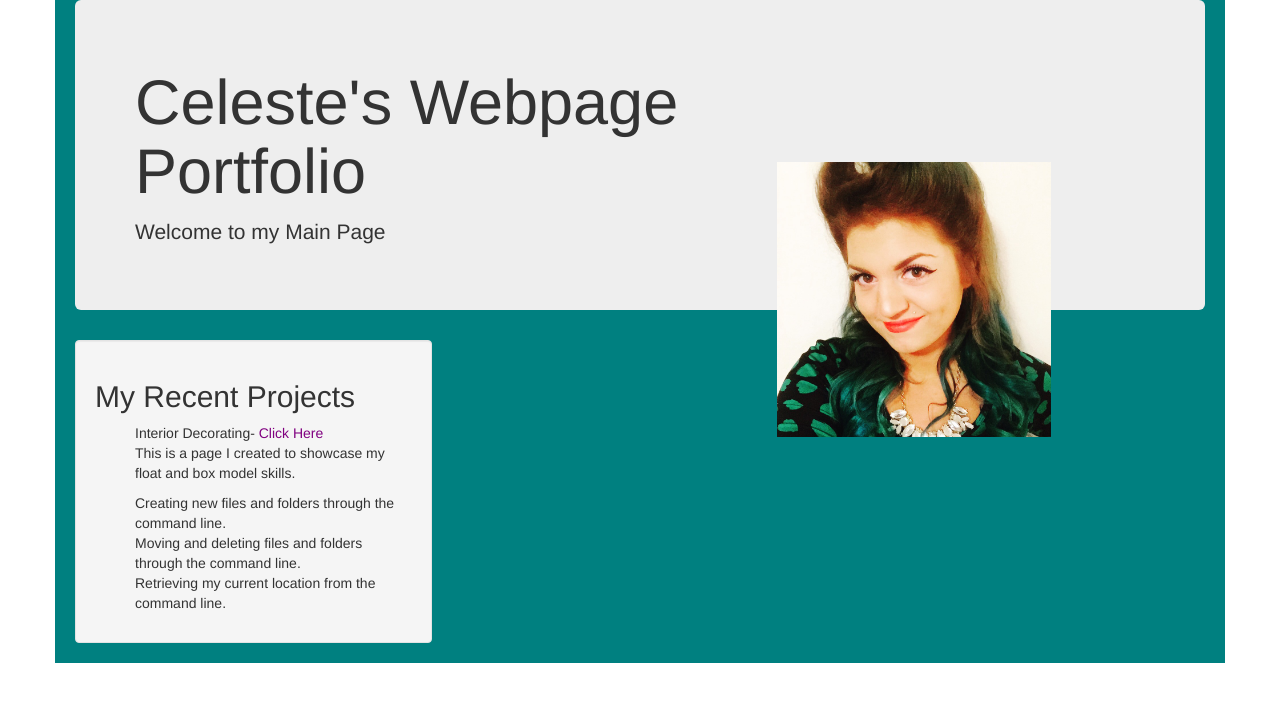
Repository: fieldceleste/portfolio-celeste
Page: portfolio-celeste.html
These files come from the project's save history. The page is drawn as it stood at one moment and after the next save; the edit follows.
The browser window is 1280 px wide. The pictures show the whole page.

Above is the page before, as saved 2019-11-01 15:05:46.

After the next save:
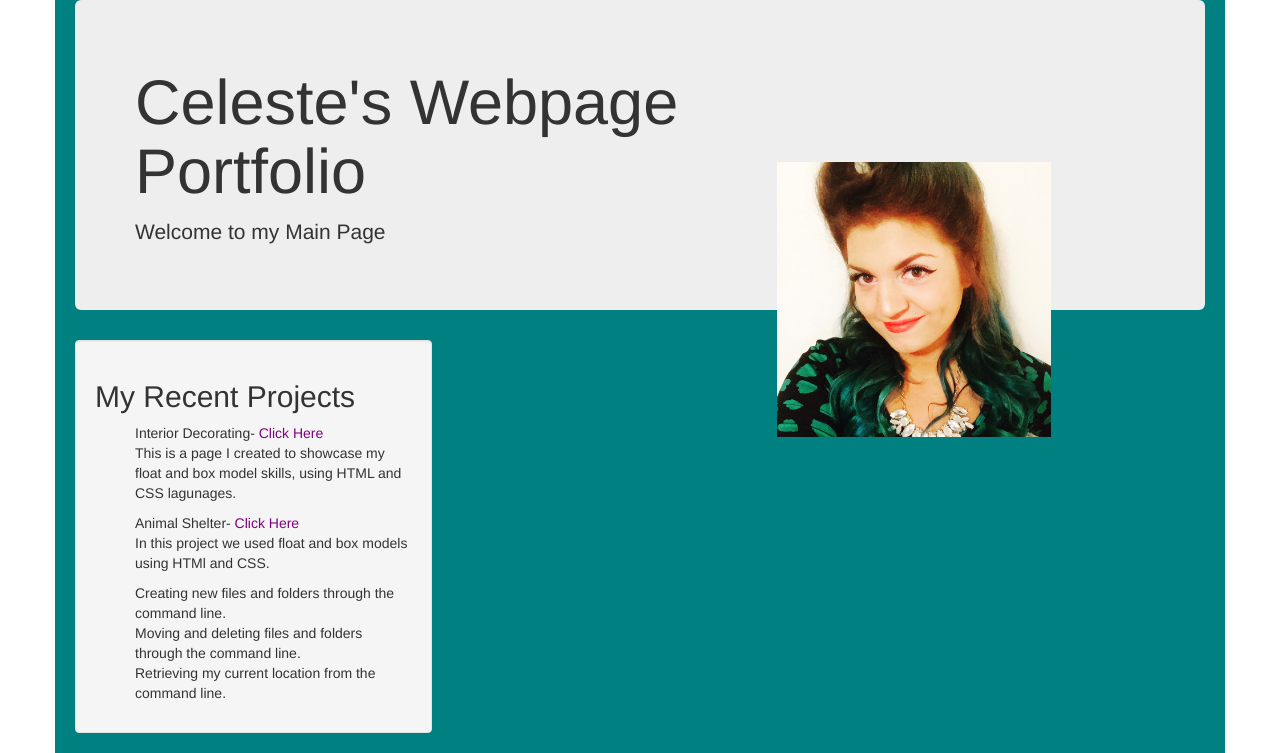
Saved 4 min 33 s later.
--- a/portfolio-celeste.html
+++ b/portfolio-celeste.html
@@ -19,8 +19,8 @@
             <h2>My Recent Projects</h2>
             <div class="projects">
               <ul>
-               <li>Interior Decorating- <a herf="https://www.youtube.com">Click Here</a><p>This is a page I created to showcase my float and box model skills.</p>
-                <li>
+               <li>Interior Decorating- <a herf="https://github.com/fieldceleste/interior-decorator">Click Here</a><p>This is a page I created to showcase my float and box model skills, using HTML and CSS lagunages.</p></li>
+                <li>Animal Shelter- <a herf="https://github.com/fieldceleste/animal-shelter">Click Here</a><p>In this project we used float and box models using HTMl and CSS.</p>
                 <li>Creating new files and folders through the command line.</li>
                 <li>Moving and deleting files and folders through the command line.</li>
                 <li>Retrieving my current location from the command line.</li>
